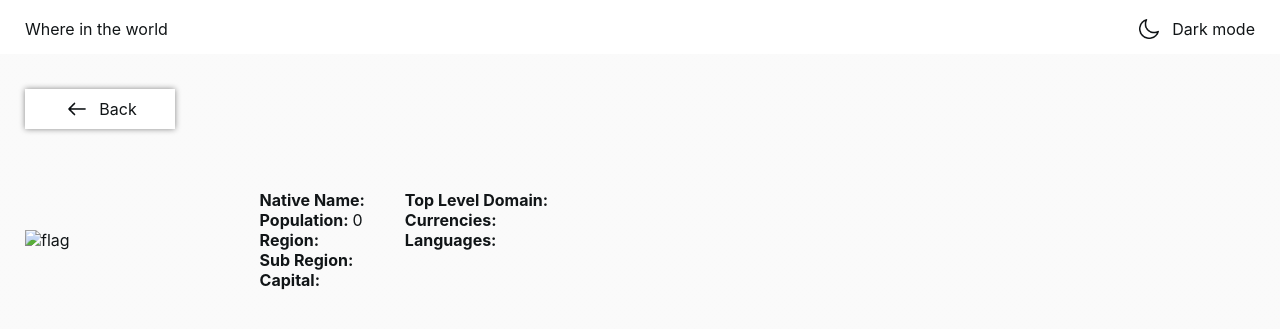
Repository: faithandjs/rest-countries-api
Page: /details
An editor plug-in stored every save of this project. The page is shown before and after the next save, followed by the edit.
The browser window is 1280 px wide. The pictures show the whole page.
The page's requests for data from a server got no answer. The project was rebuilt for these pictures with package versions that can differ from the ones it lists, and the page was loaded fresh each time. No one was signed in, and anything a server would have sent is missing. Also part of the build but not shown: src/components/home.tsx.

Above is the page before, as saved 2022-04-16 01:35:05.

After the next save:
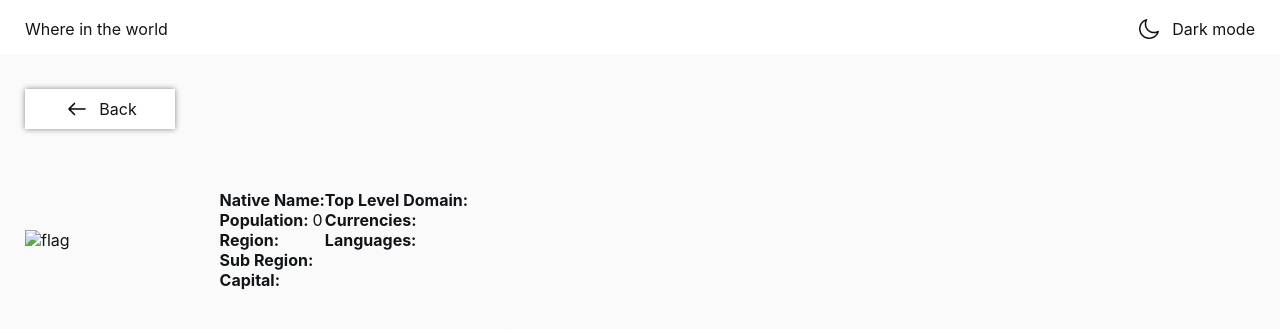
Saved 3 min 47 s later.
--- a/src/components/style/style.scss
+++ b/src/components/style/style.scss
@@ -120,6 +120,7 @@ $shadow: 0px 0px 1px 0.2px ;
                 display: flex;
                 ul{
                     list-style-type: none;
+                    padding-inline-start: 0;
                 }
             }
             .border{
